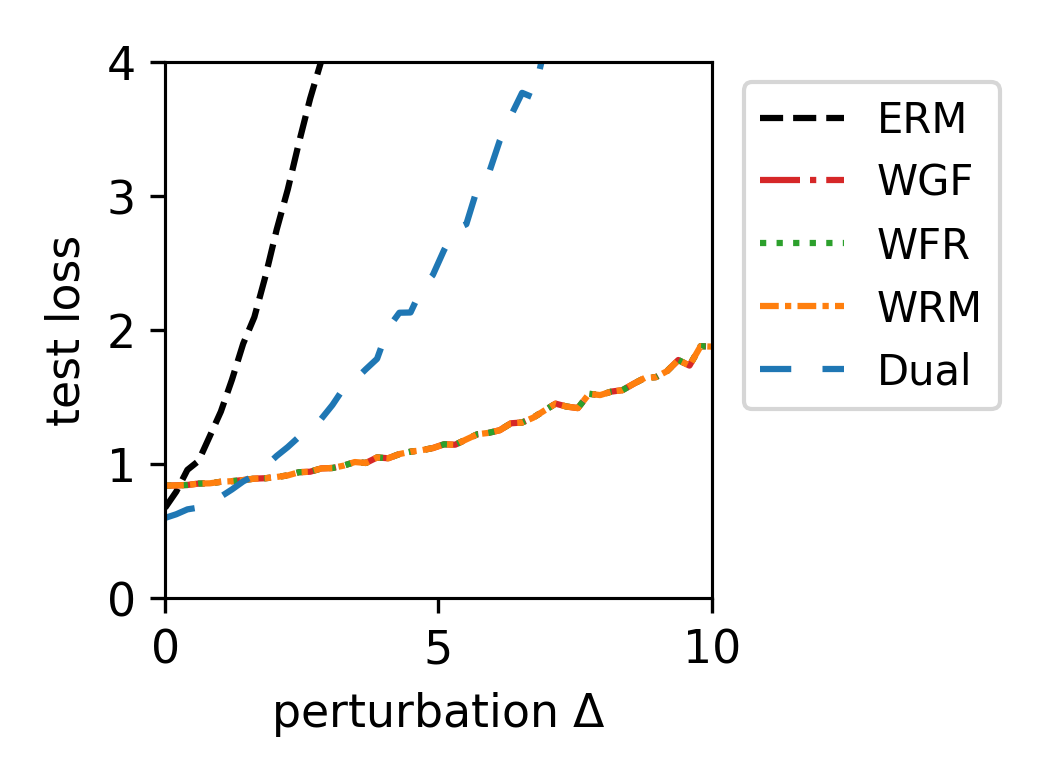
Repository: ZusenXu/GFS-DRO
Script's output: python uncertain_least_squares/uncertain_least_squares.py
The author's editor kept a copy of each file at every save. The script's output is drawn from the files as they stood at one save, then again after the next save.
Random numbers start from a fixed seed.

Above is the script's output before, as saved 2025-09-14 01:44:48.

After the next save:
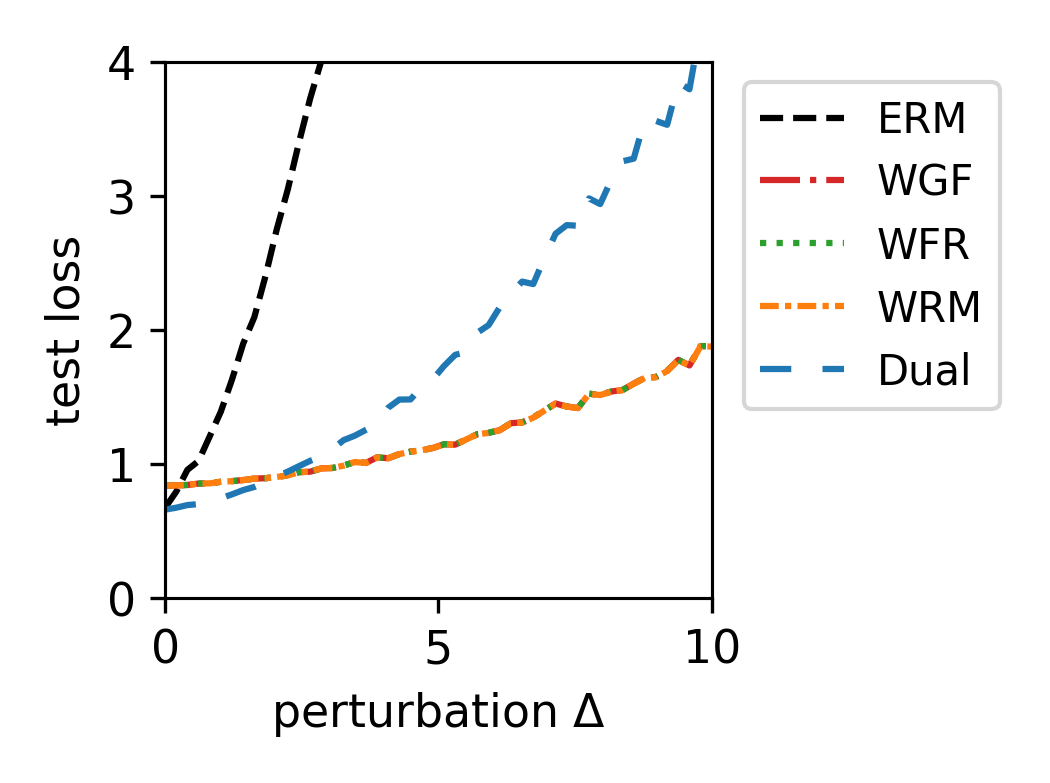
Saved 68 s later.
--- a/uncertain_least_squares/uncertain_least_squares.py
+++ b/uncertain_least_squares/uncertain_least_squares.py
@@ -21,7 +21,7 @@ DELTA_STEPS = 50
 N_EPOCHS = 50 # 外部优化的迭代轮数
 LEARNING_RATE = 0.01 # 外部优化 theta 的学习率
 LAMBDA_VAL = 0.2 # 正则化参数 lambda
-EPSILON = 0.1 # 熵正则化参数 epsilon
+EPSILON = 0.2 # 熵正则化参数 epsilon
 GRAD_CLIP_THRESHOLD = 100.0 # 梯度裁剪阈值，防止梯度爆炸
 
 # RGO (算法2) 特定参数
